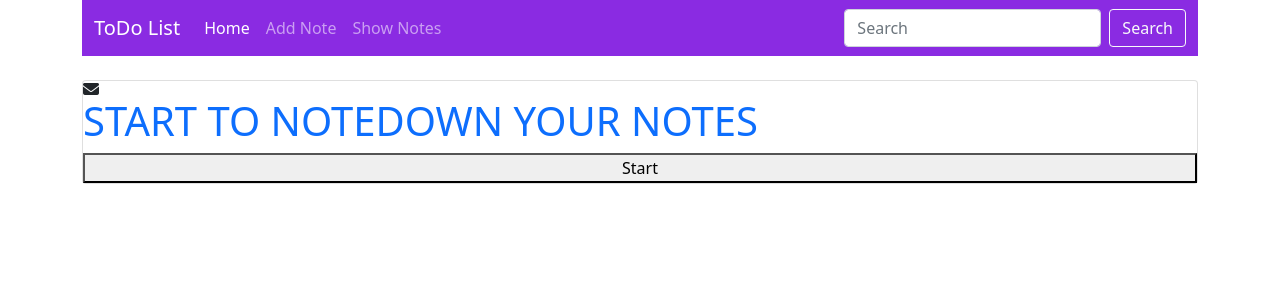
Repository: VishalSalvi17/Hibernate
Page: http://localhost/ToDoList/
These files come from the project's save history. The page is drawn as it stood at one moment and after the next save; the edit follows.
The browser window is 1280 px wide. The pictures show the whole page.
Some web libraries are served in a nearby version. The page is served by Tomcat 9.

Above is the page before, as saved 2023-03-17 06:49:19.

After the next save:
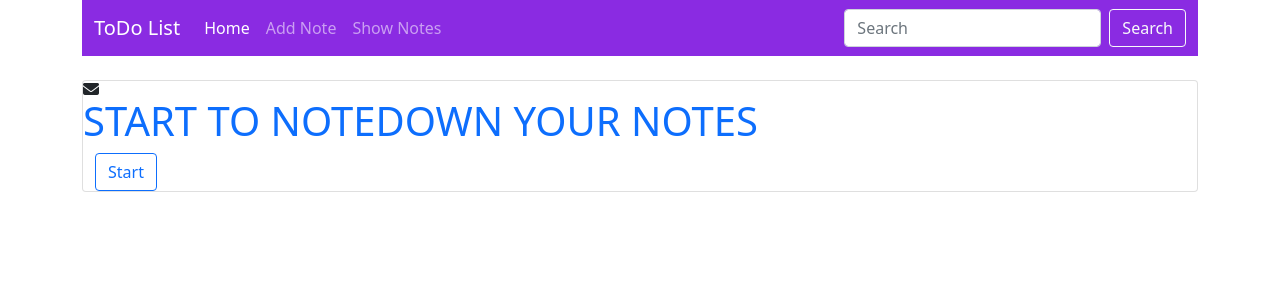
Saved 81 s later.
--- a/ToDoList/src/main/webapp/index.jsp
+++ b/ToDoList/src/main/webapp/index.jsp
@@ -20,7 +20,10 @@
 		<!-- <img alt="" src="">-->
 		<i class="fa-solid fa-envelope"></i>
 		<h1 class = "text-primary text-uppercase">Start to notedown your notes</h1>
-		<button>Start</button>
+		<div class="container">
+			<button class="btn btn-outline-primary text-center">Start</button>
+		</div>
+
 		</div>
 	</div>
 </body>
